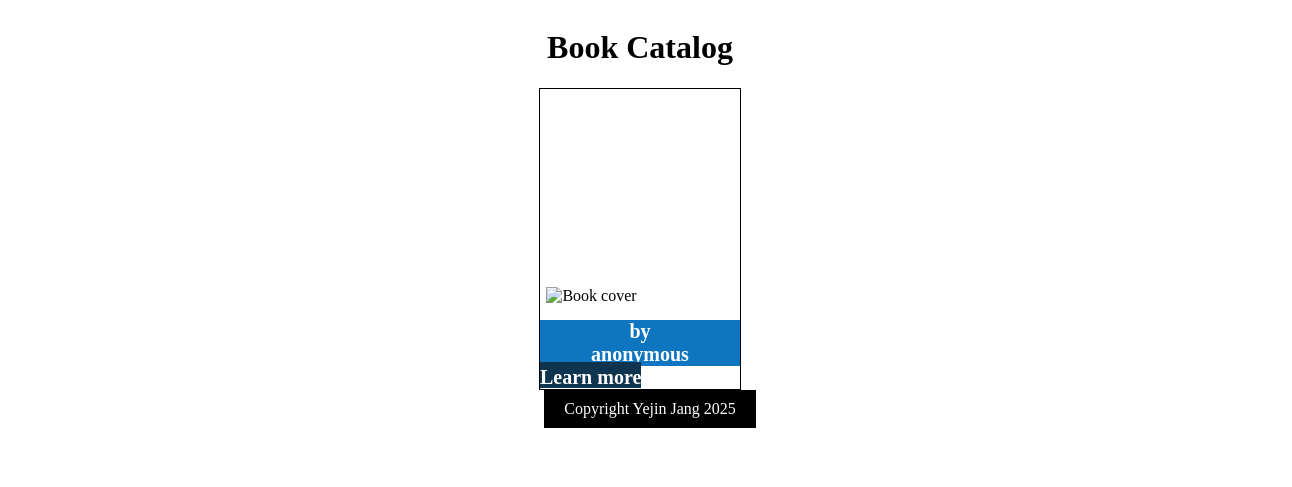
Repository: Yejin-Digital/Lab3-Assignment-BookCatalog
Page: /
These files come from the project's save history. The page is drawn as it stood at one moment and after the next save; the edit follows.
The browser window is 1280 px wide. The page is 1280 px wide, then 1292 px, so the pictures cover 1292 px, including what lies to the right of the window. The pictures show the whole page.
The project was rebuilt for these pictures with package versions that can differ from the ones it lists, and the page was loaded fresh each time. Also part of the build but not shown: vite.config.js.

Above is the page before, as saved 2025-09-13 04:10:14.

After the next save:
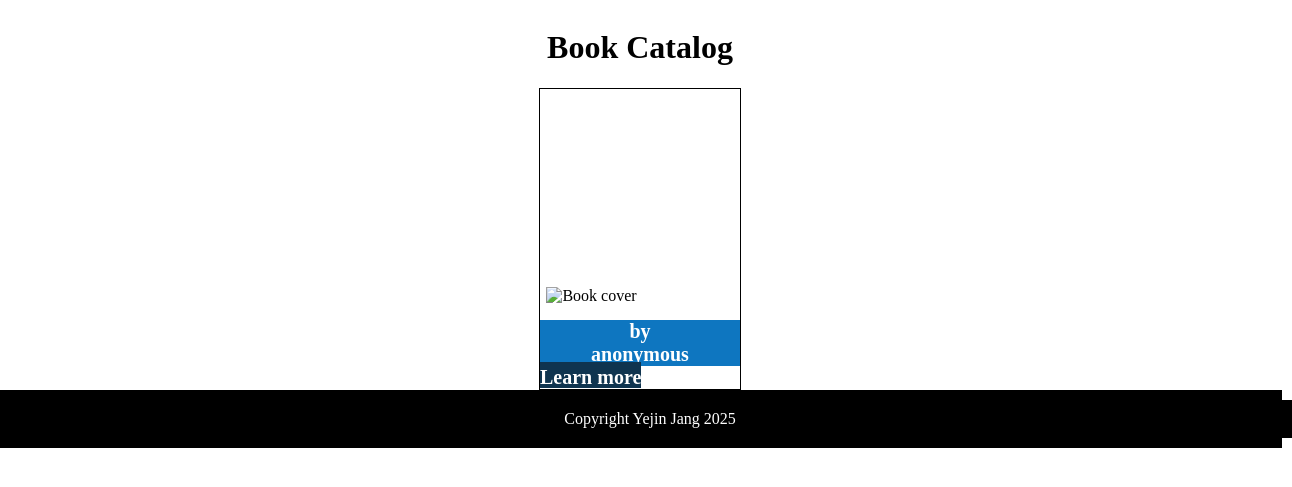
Saved 53 s later.
--- a/index.html
+++ b/index.html
@@ -9,7 +9,7 @@
   <body>
     <h1>Book Catalog</h1>
     <div id="root"></div>
-    <footer>
+    <footer class="footer-content">
       <div class="footer-content">Copyright Yejin Jang 2025</div>
     </footer>
     <script type="module" src="/src/main.jsx"></script>
